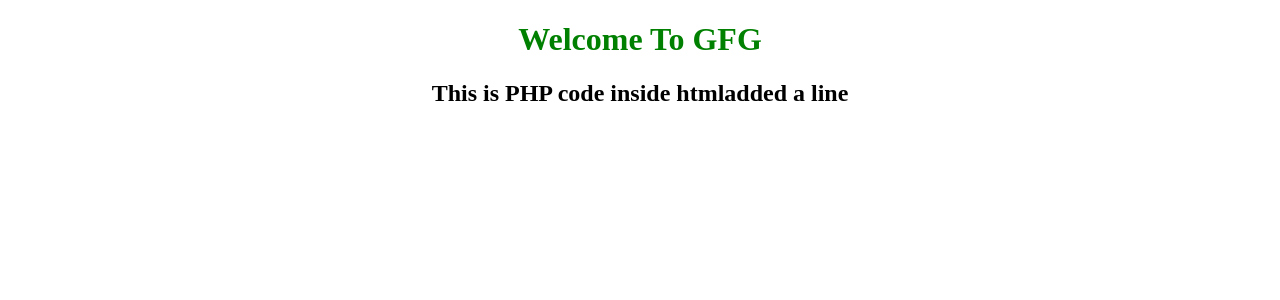
Repository: Sahanaranjith/php_projectgh
Page: http://localhost/example1.php
An editor plug-in stored every save of this project. The page is shown before and after a run of saves, followed by the edit.
The browser window is 1280 px wide. The pictures show the whole page.
The page is run by PHP 8.4 with error messages shown; the project is at /var/www/html/.

Above is the page before, as saved 2022-12-14 10:55:51.

After the next 2 saves:
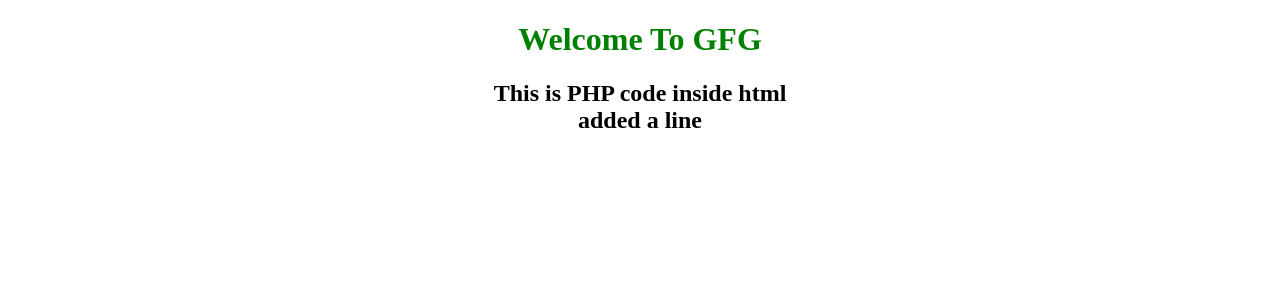
The 2 saves are shown as one change because they came seconds apart.
The last was saved 8 min 9 s later.
--- a/example1.php
+++ b/example1.php
@@ -15,7 +15,7 @@
 
         <h2>
             <?php
-            echo "This is PHP code inside html";
+            echo "This is PHP code inside html<br>";
             echo "added a line";
             ?>
         </h2>
